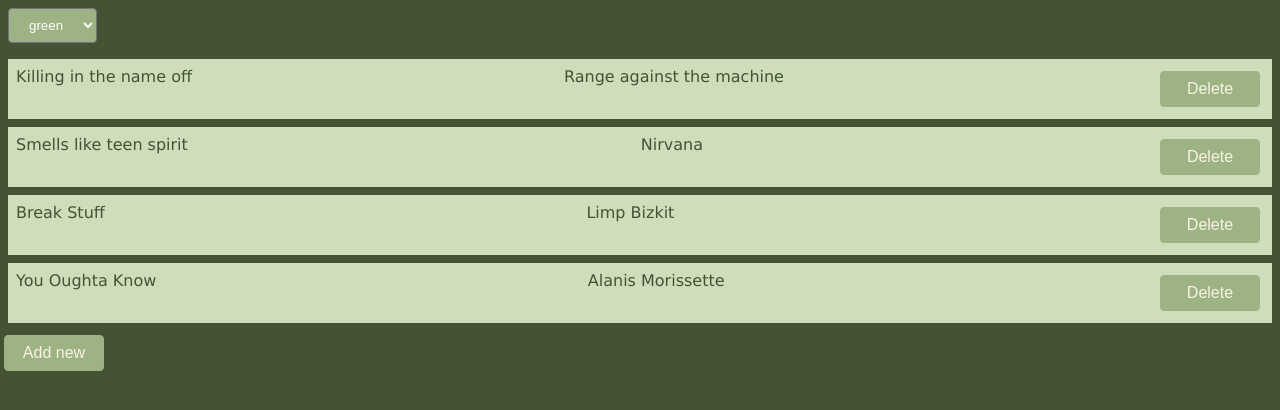
Repository: majakesin/moodify-app
Page: /angry
These files come from the project's save history. The page is drawn as it stood at one moment and after the next save; the edit follows.
The browser window is 1280 px wide. The pictures show the whole page.
The project was rebuilt for these pictures with package versions that can differ from the ones it lists, and the page was loaded fresh each time. Also part of the build but not shown: src/data/moods.js, src/components/Mood/index.jsx, src/pages/ChooseMood/index.module.css, src/pages/ChooseMood/index.jsx.

Above is the page before, as saved 2023-08-23 11:40:58.

After the next save:
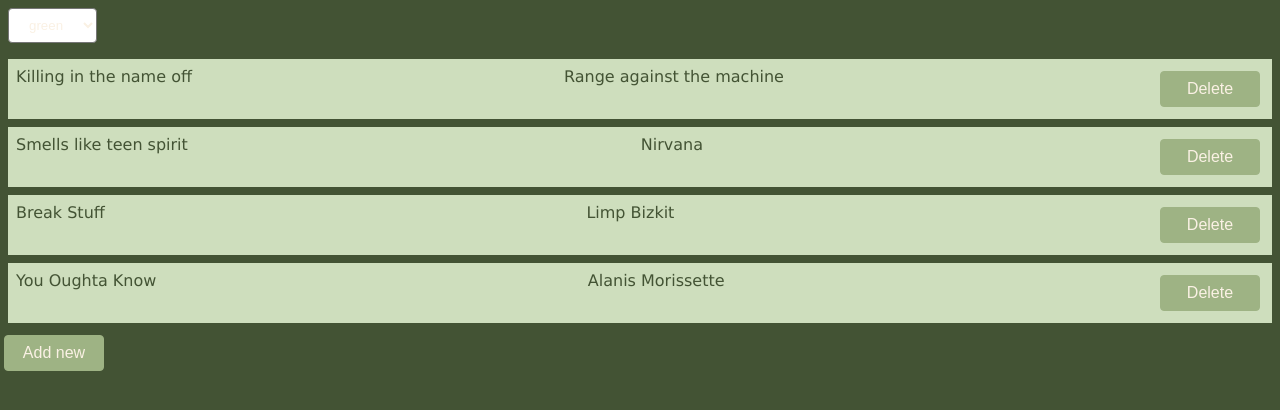
Saved 15 s later.
--- a/src/index.css
+++ b/src/index.css
@@ -39,8 +39,8 @@ select {
   border-radius: 4px;
   padding: 8px 16px;
   margin: 8px;
-  background-color: var(--second-color);
-  color: var(--fifth-color);
+  background-color: var(--fifth-color);
+  color: var(--fourth-color);
 }
 
 label {

After the save that followed:
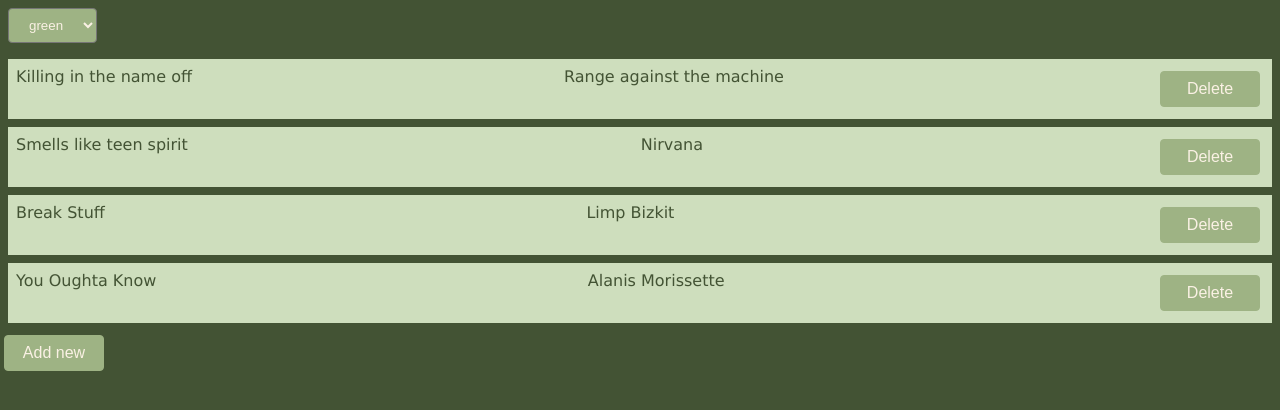
Saved 18 s later.
--- a/src/index.css
+++ b/src/index.css
@@ -39,7 +39,7 @@ select {
   border-radius: 4px;
   padding: 8px 16px;
   margin: 8px;
-  background-color: var(--fifth-color);
+  background-color: var(--second-color);
   color: var(--fourth-color);
 }
 
